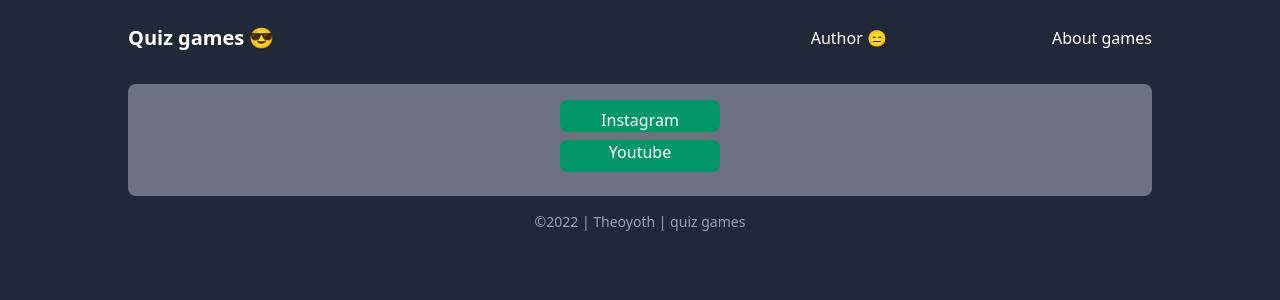
Repository: theoyoth/quiz-game
Page: /author
An editor plug-in stored every save of this project. The page is shown before and after the next save, followed by the edit.
The browser window is 1280 px wide. The pictures show the whole page.
The project was rebuilt for these pictures with package versions that can differ from the ones it lists, and the page was loaded fresh each time. The framework's server and built-in components were replaced by stand-ins that run in the browser. Also part of the build but not shown: nuxt.config.js, components/EndPage.vue, components/Loading.vue, layouts/404.vue, layouts/error.vue, layouts/errorLayout.vue.

Above is the page before, as saved 2022-06-16 20:13:22.

After the next save:
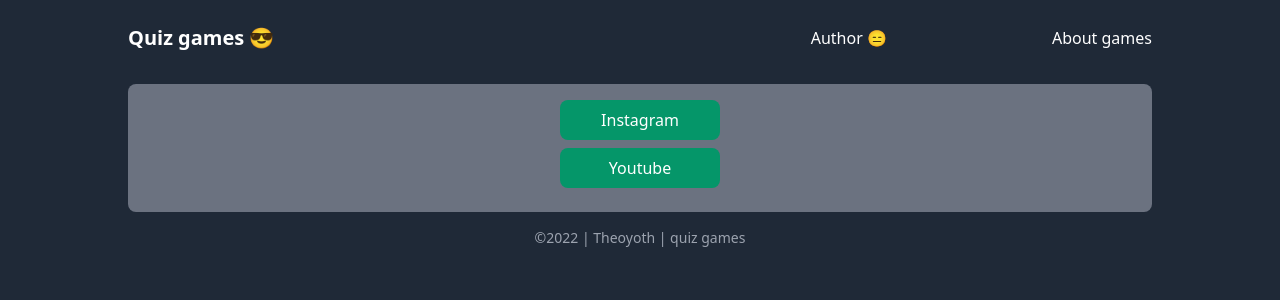
Saved 14 s later.
--- a/pages/author.vue
+++ b/pages/author.vue
@@ -1,13 +1,13 @@
 <template>
   <div>
     <div class="bg-gray-500 rounded-lg py-4 flex flex-col items-center justify-around mt-8">
-      <a href="https://www.instagram.com/theoyoth/" target="_blank" class="bg-green-600 pt-2 w-40 rounded-lg text-center mb-2">
+      <a href="https://www.instagram.com/theoyoth/" target="_blank" class="bg-green-600 py-2 w-40 rounded-lg text-center mb-2">
         <button>Instagram</button>
       </a>
       <!-- <a href="/game" target="_blank" class="bg-green-600 py-2 px-4 rounded-lg text-center">
         <button>Facebook</button>
       </a> -->
-      <a href="/game" target="_blank" class="bg-green-600 pb-2 w-40 rounded-lg text-center mb-2">
+      <a href="/game" target="_blank" class="bg-green-600 py-2 w-40 rounded-lg text-center mb-2">
         <button>Youtube</button>
       </a>
     </div>
